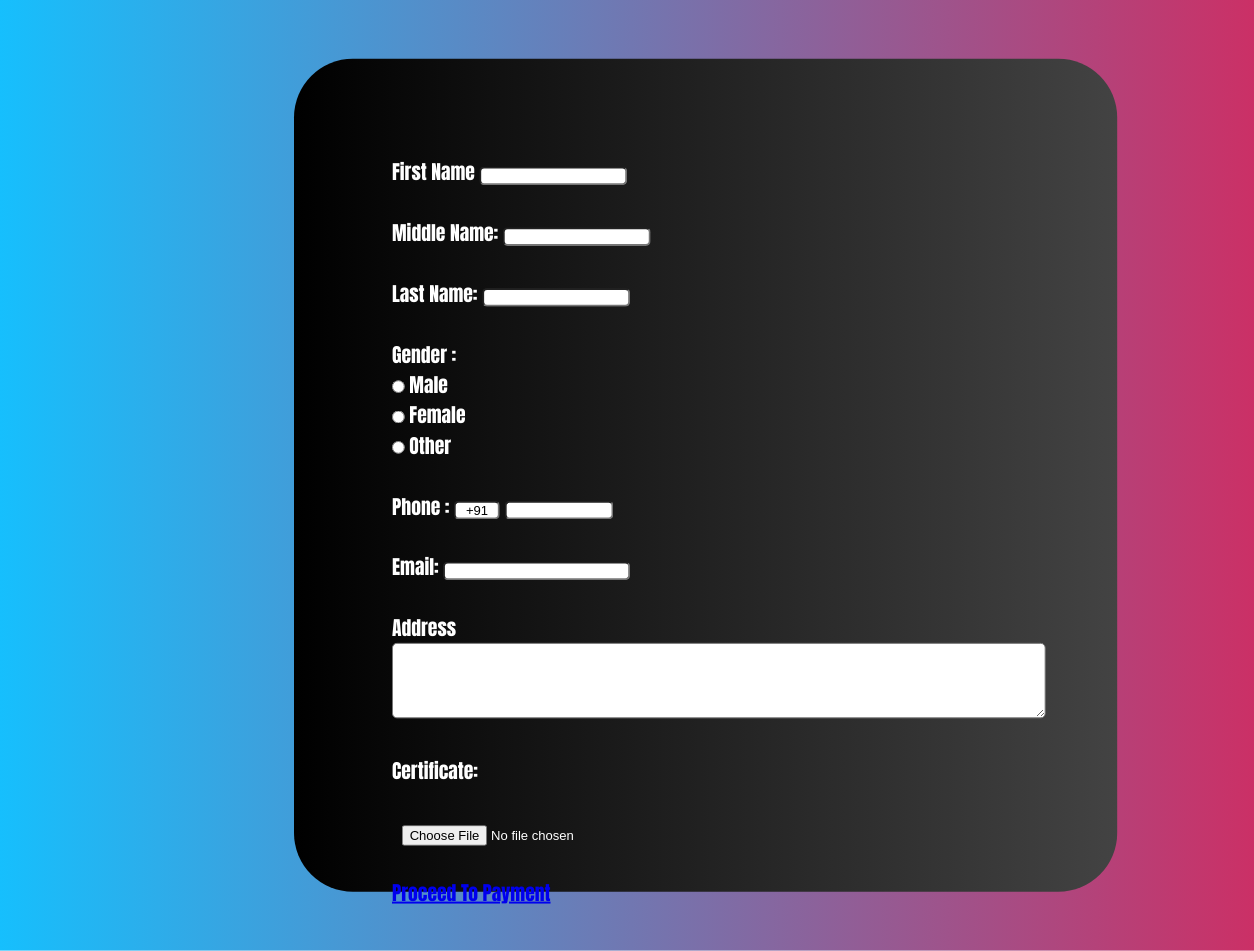
Repository: sarthakkathpalia/elliptical
Page: html/form.html
An editor plug-in stored every save of this project. The page is shown before and after the next save, followed by the edit.
The browser window is 1280 px wide. The pictures show the whole page, at 98% of full size.

Above is the page before, as saved 2021-10-30 17:36:54.

### html/form.html
<!DOCTYPE html>
<html lang="en">
<head>
    <meta charset="UTF-8">
    <meta http-equiv="X-UA-Compatible" content="IE=edge">
    <meta name="viewport" content="width=device-width, initial-scale=1.0">
    <title>form</title>
</head>
<style>
        *{
        padding: 0%;
        margin: 0%;
            }
        input , textarea{
            border-radius: 5px;
            padding-left: 10px;
        }
        .book{
            display:flex;
            align-items: center;

            background-image: linear-gradient(to right ,#16BFFD,#CB3066);
        }
        .box{
            font-family:Impact, Haettenschweiler, 'Arial Narrow Bold', sans-serif;
            border-radius: 60px;
            font-size: 20px;
            color: white;
            background-image: linear-gradient(to right , #000000,#434343);
            width: 50%;
            height: 650px;
            margin-top: 60px;
            margin-bottom: 60px;
            margin-left: 300px;
            padding: 100px;
        }

</style>
<body>
    <form class="book">
      <div class="box">
        <label> First Name </label>
        <input type="text" name="firstname" size="15"/> <br> <br>
        <label> Middle Name: </label>
        <input type="text" name="middlename" size="15"/> <br> <br>
        <label> Last Name: </label>
        <input type="text" name="lastname" size="15"/> <br> <br>

        <label>
        Gender :
        </label><br>
        <input type="radio" name="male"/> Male <br>
        <input type="radio" name="female"/> Female <br>
        <input type="radio" name="other"/> Other
        <br>
        <br>

        <label>
        Phone :
        </label>
        <input type="text" name="country code"  value="+91" size="2"/>
        <input type="text" name="phone" size="10"/> <br> <br>
        <label>
            Email:
        </label>
        <input type="email" id="email" name="email"/> <br>
        <br>
        <label>
            Address
        </label>

        <br>
        <textarea cols="80" rows="5" value="address">
        </textarea>
        <br> <br>

        <label>
            Certificate:
        </label>
        <br>
        <br>
        <input type="file" id="image-input" accept="image/*">
        <br>
        <br>
        <a href="index.html">Proceed To Payment</a>
        <!-- <button type="submit">Proceed To Payment</button> -->
    </div>
        </form>
</body>
</html>

After the next save:
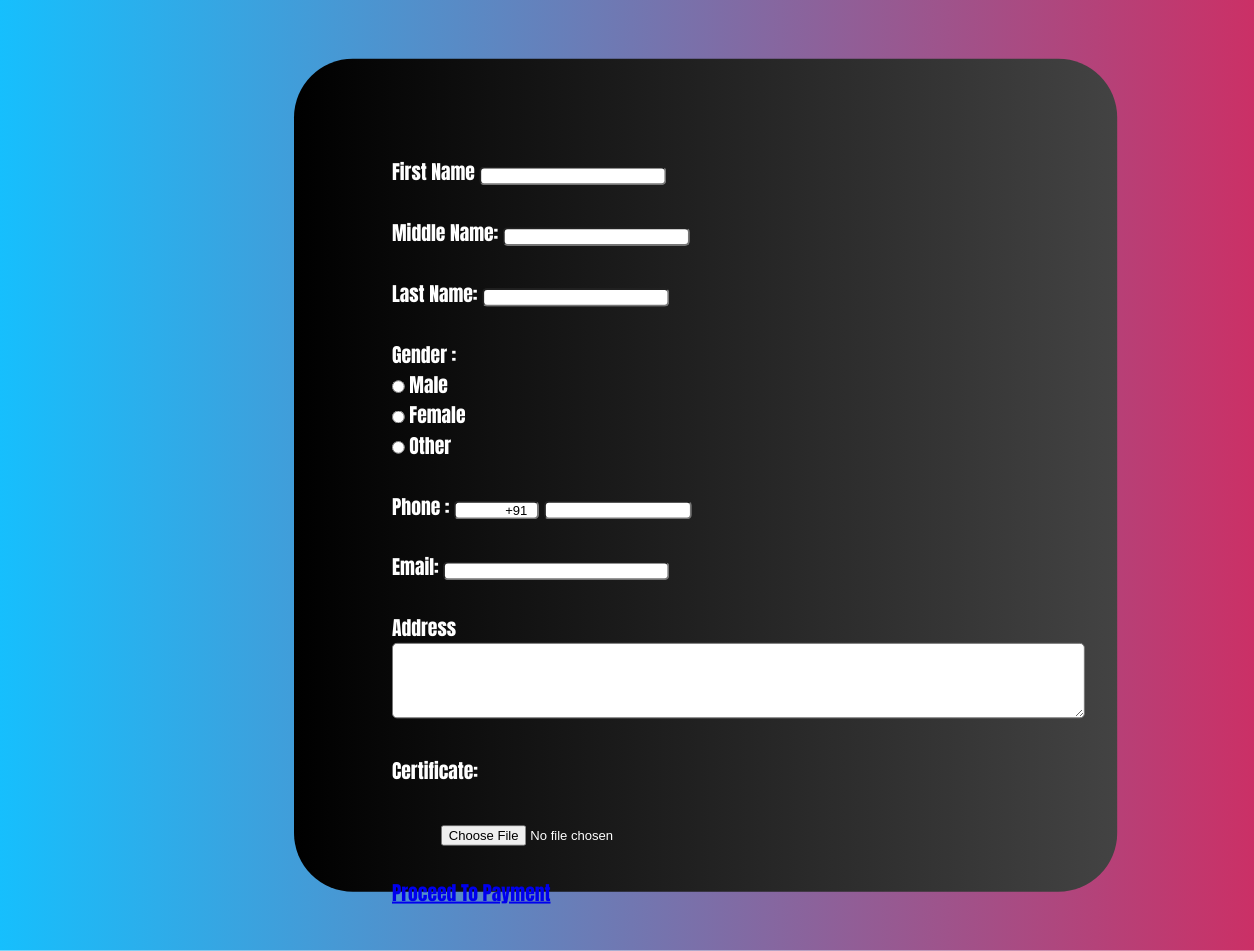
Saved 11 s later.
--- a/html/form.html
+++ b/html/form.html
@@ -13,7 +13,7 @@
             }
         input , textarea{
             border-radius: 5px;
-            padding-left: 10px;
+            padding-left: 50px;
         }
         .book{
             display:flex;
